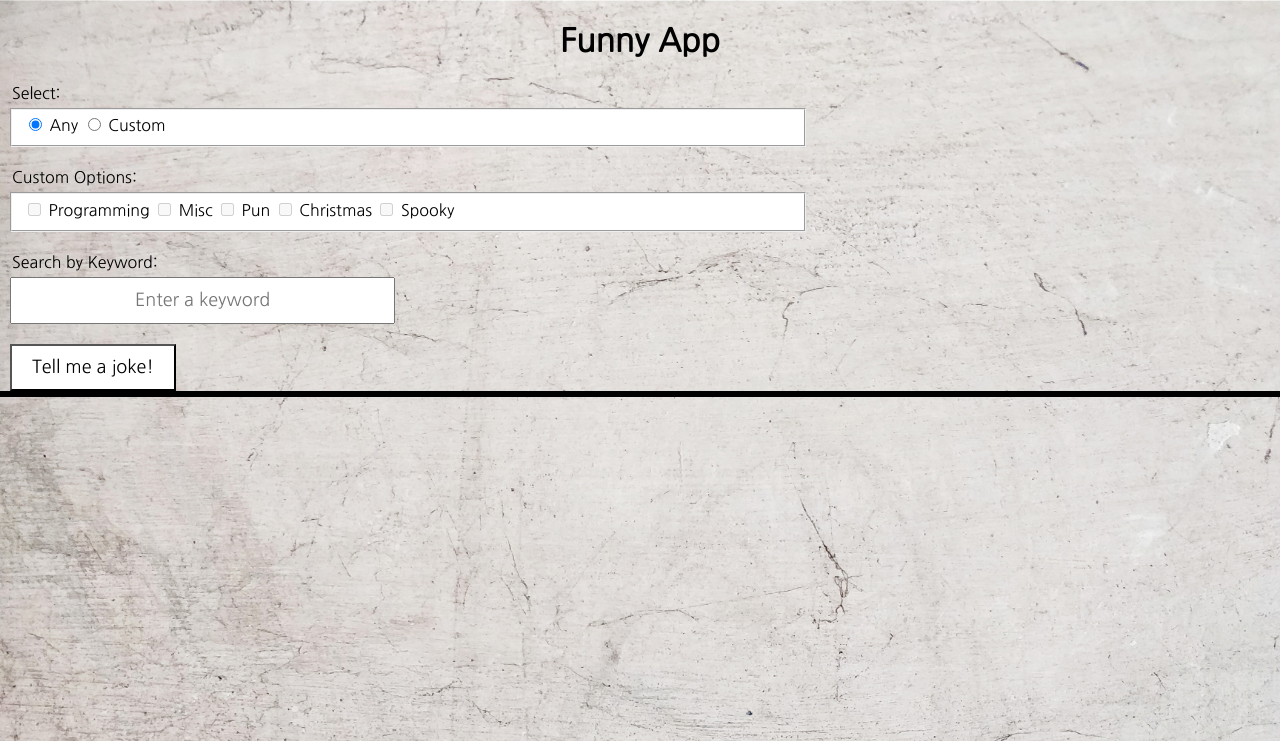
Repository: kaitlynMidori/dadJokeApi
Page: index.html
An editor plug-in stored every save of this project. The page is shown before and after the next save, followed by the edit.
The browser window is 1280 px wide. The pictures show the whole page.
Some web libraries are served in a nearby version.

Above is the page before, as saved 2021-01-08 12:35:44.

### index.html
<!DOCTYPE html>
<html lang="en">
<head>
    <meta charset="UTF-8">
    <meta name="viewport" content="width=device-width, initial-scale=1.0">
    <title>Joke App</title>
    <link href="style.css" rel="stylesheet" type="text/css" />
    <link rel="preconnect" href="https://fonts.gstatic.com">
    <link href="https://fonts.googleapis.com/css2?family=Nanum+Gothic&display=swap" rel="stylesheet">

</head>
<body>
    <div id="container">
        <header>
            <h1>Funny App</h1>
        </header>

        <legend>Select:</legend>
        <fieldset id="select">
                <div id="form-check">
                    <input type="radio"  id="any" name="type" value="Any" checked>
                    <label for="any">Any</label>

                    <input type="radio"  id="custom" name="type" value="Custom">
                    <label for="custom">Custom</label>
                </div>
        </fieldset>

        <br>

        <legend>Custom Options:</legend>
        <fieldset id="options" disabled>
                <div id="form-check form-check-inline">
                    <input type="checkbox" id="coding" name="category" value="Programming">
                    <label for="coding">Programming</label>

                    <input type="checkbox" id="misc" name="category" value="Miscellaneous">
                    <label for="misc">Misc</label>

                    <input type="checkbox" id="pun" name="category" value="Pun">
                    <label for="pun">Pun</label>

                    <input type="checkbox" id="chris" name="category" value="Christmas">
                    <label for="chris">Christmas</label>

                    <!-- <input type="checkbox" id="dark" name="category" value="dark">
                    <label for="dark">Dark</label> -->

                    <input type="checkbox" id="spooky" name="category" value="spooky">
                    <label for="spooky">Spooky</label>
                </div>
        </fieldset>


        <br>

            <form>
                <legend>Search by Keyword:</legend>
                <input type="form-control" placeholder="Enter a keyword" id="keyword">
            </form>

            <br>

            <button type="submit" id="submit button">Tell me a joke!</button>

            <section id="results">
                <div id="result"></div>
            </section>
    </div>

    <script src="https://code.jquery.com/jquery-3.2.1.min.js"
          integrity="sha256-hwg4gsxgFZhOsEEamdOYGBf13FyQuiTwlAQgxVSNgt4="
          crossorigin="anonymous"></script>
    <script src="app.js"></script>
</body>
</html>

### style.css
body{
    margin: 0;
    background: cover;
    background-size: cover;
    background-repeat: no-repeat;
    background-image: url("screenshots/white-teal backdrop.jpg");
    /* background-image: linear-gradient(120deg, #a1c4fd 0%, #c2e9fb 100%); */
    min-height: 100vh;
}

* {
    font-family: 'Nanum Gothic', sans-serif;
    color: black;
}

header {
    width: 100%;
    margin-top: 5px;
    justify-content: center;
}

h1 {
    text-align: center;
}

button{
    background-color: white;
    margin-left: 10px;
    height: auto;
    font-size: 18px;
    font-weight: 500;
    text-align: center;
    color: black;
    cursor: pointer;
    margin-bottom: 0;
    /* border-radius: 3px; */
    padding: 10px 20px;
}

#keyword {
    margin-left: 10px;
    height: auto;
    font-size: 18px;
    font-weight: 500;
    text-align: center;
    color: black;
    cursor: pointer;
    margin-bottom: 0;
    /* border-radius: 3px; */
    padding: 10px 20px;
}

#options{
    background-color: white;
    margin-left: 10px;
    width: 60%;
}

#select {
    background-color: white;
    margin-left: 10px;
    width: 60%;
}

legend {
    margin-left: 10px;
    margin-bottom: 5px;
}

#result {
    margin-left: 10px;
}

#results {
    background-color: white;
    border-style: solid;
    border-color: black;
}

### app.js
//declare 'option', 'custom', 'any' element id's
let option = document.getElementById("options");
let custom = document.getElementById("custom");
let any = document.getElementById("any");

//add event listener on click
//if 'any' option checked
//disable options
any.addEventListener("click", (e)=>{
    if(e.target.checked){
        option.disabled = true;
    }
});

//add event listener on click
//if 'custom' option checked
//enable options
custom.addEventListener("click", (e)=>{
    if(e.target.checked){
        option.disabled = false;
    }
});

//declare asyncrynous getJoke
const getJoke = async () => {
    //declare result  = HTML div 'result' element id
    let result = document.getElementById('result');
    //replace result element with empty string
    result.innerHTML = "";
    //declare checkboxes= filter category checkboxes for checked
    let checkboxes = [...document.getElementsByName('category')].filter((checkbox)=>checkbox.checked);
    //declare category as empty string
    let category = "";
    //if 'any' type is checked
    if(any.checked){
        //category = 'any'
        category = "Any";
    }
    //if 'custom' type is checked
    if(custom.checked){
        //category = map to join checked category values
        category = checkboxes.map((c)=>c.value).join();
    }
    //console.log user selected joke category
    console.log(category);
    //declare url = dynamically generate url inserting user selected category
    let url = `https://v2.jokeapi.dev/joke/${category}`;
    // declare keyword = HTML form div 'keyword' element id
    let keyword = document.getElementById("keyword").value;
    //if keyword does not equal empty; dynamically generate url with user keyword input
    if(keyword != ""){
        url = `https://v2.jokeapi.dev/joke/${category}?contains=${keyword}`;
    }
    console.log(url);
    const response = await fetch(url);
    const data = await response.json();
    console.log(data);

    //if JSON data response = API doc response 'single'
    if(data.type == "single"){
        //insert API doc 'joke' into response element
        result.innerHTML = `<h3>${data.joke}</h3>`;
    }
    //if JSON data response = API doc response 'twopart'
    if(data.type == "twopart"){
        //insert API doc 'setup' into response element
        result.innerHTML = `<h3>${data.setup}</h3>`;
        //display 'delivery' after 1 second
        setTimeout(()=>{
            //insert API doc 'delivery' into response element
            result.innerHTML += `<h3>${data.delivery}</h3>`;
        },1000);
    }
}

//declare submit = HTML button 'submit button'
let submit = document.getElementById('submit button');
//upon 'submit', add event listener for 'click and activate 'getJoke'
submit.addEventListener("click", getJoke);

After the next save:
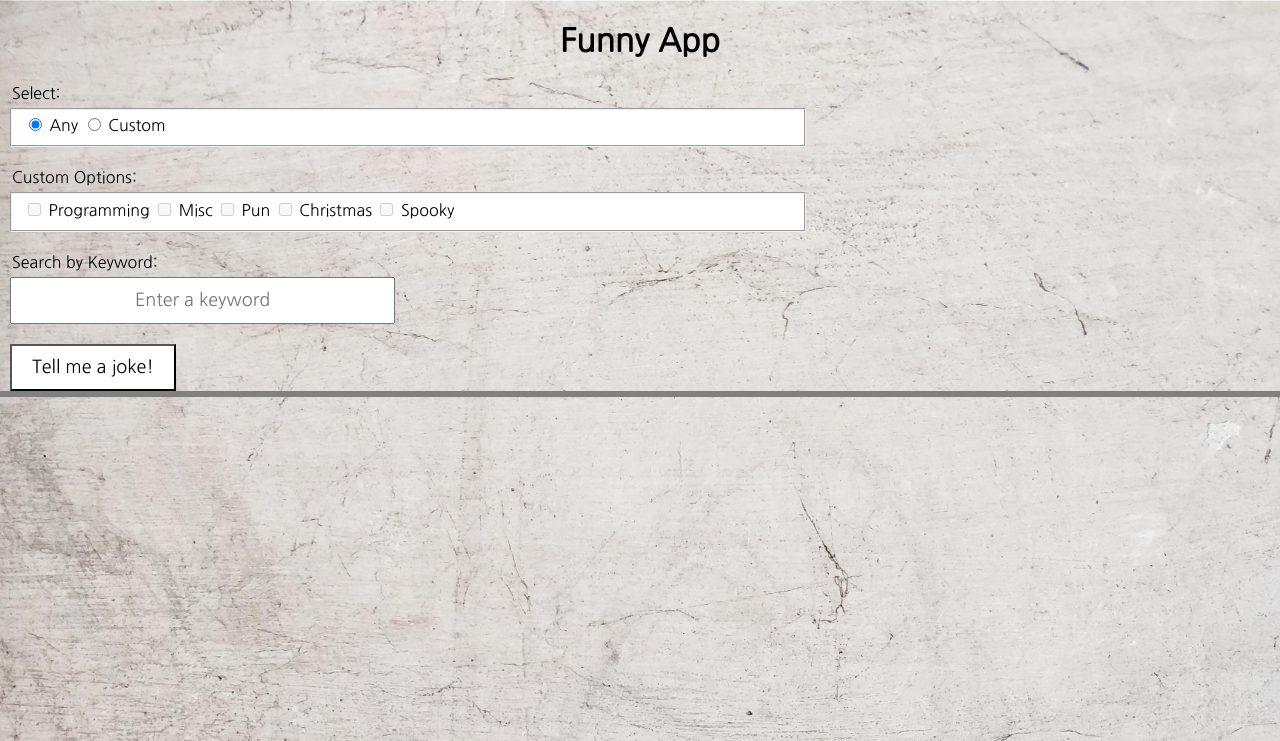
Saved 11 s later.
--- a/style.css
+++ b/style.css
@@ -74,5 +74,5 @@
 #results {
     background-color: white;
     border-style: solid;
-    border-color: black;
+    border-color: gray;
 }

After the save that followed:
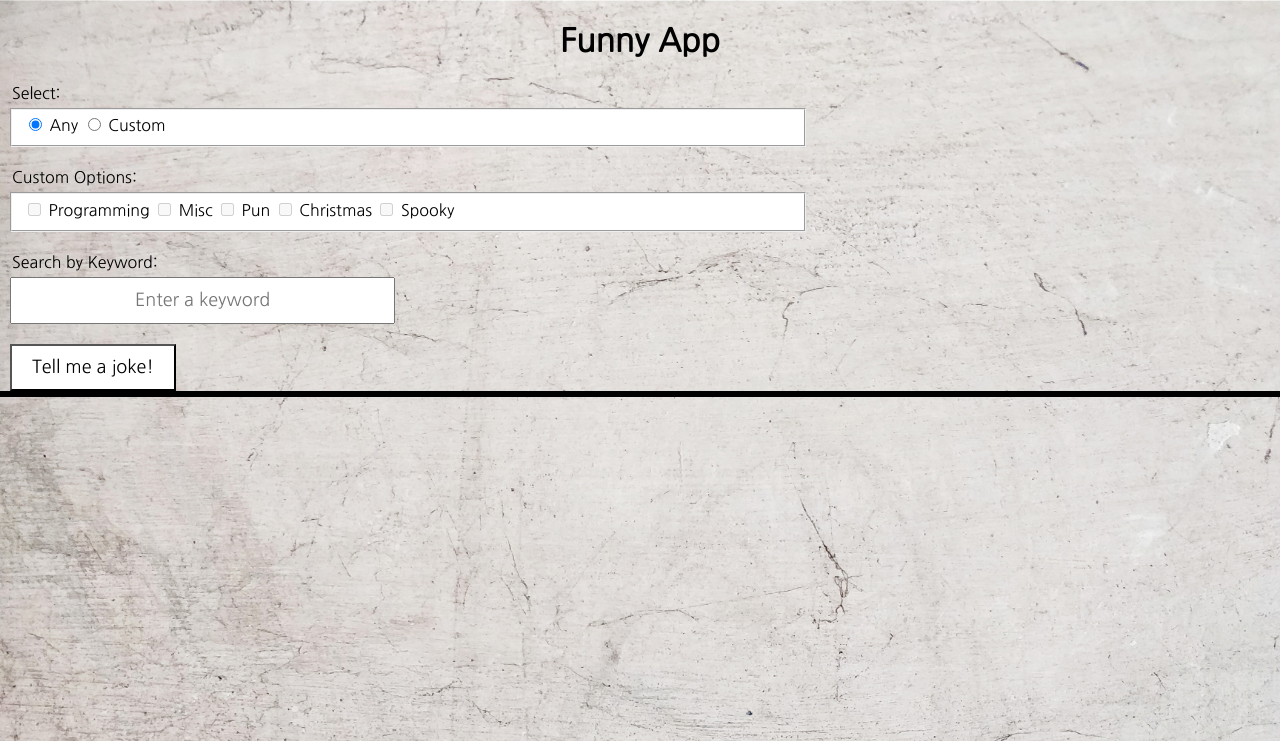
Saved 11 s later.
--- a/style.css
+++ b/style.css
@@ -74,5 +74,5 @@
 #results {
     background-color: white;
     border-style: solid;
-    border-color: gray;
+    border-color: black;
 }
